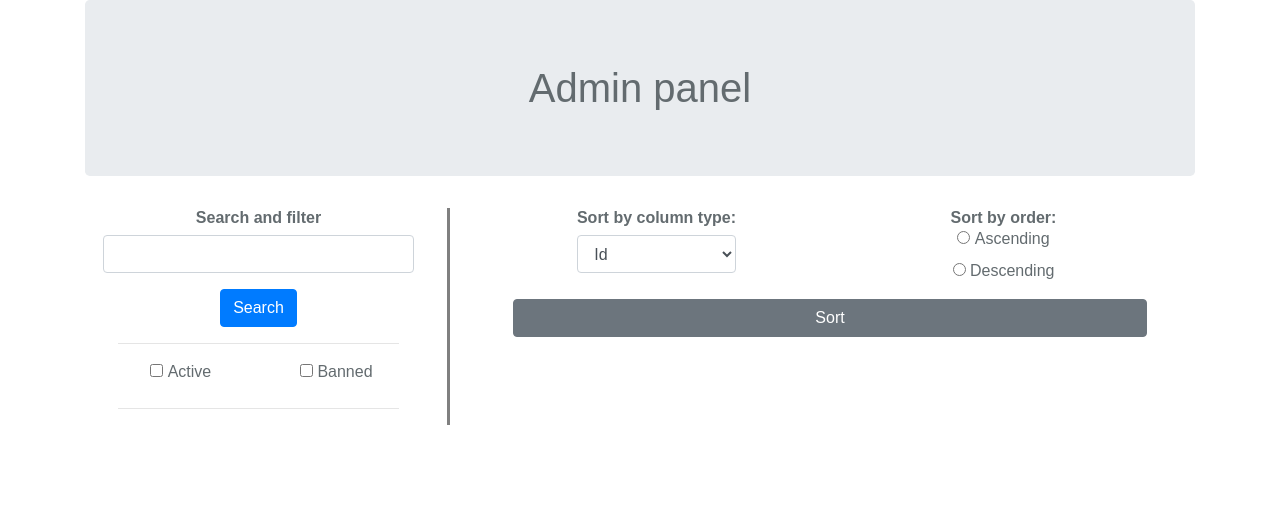
Repository: WOLVGVNG/gameclan
Page: resources/views/admin_panel.blade.php
The author's editor kept a copy of each file at every save. The page is drawn from the files as they stood at one save, then again after a run of saves.
The browser window is 1280 px wide. The pictures show the whole page.
The page is served by the project's Laravel application, run on PHP 8.4 with Laravel 8. The template is opened directly, without the code that normally fills it, so the values that code supplies are empty.

Above is the page before, as saved 2019-03-20 19:18:37.

After the next 3 saves:
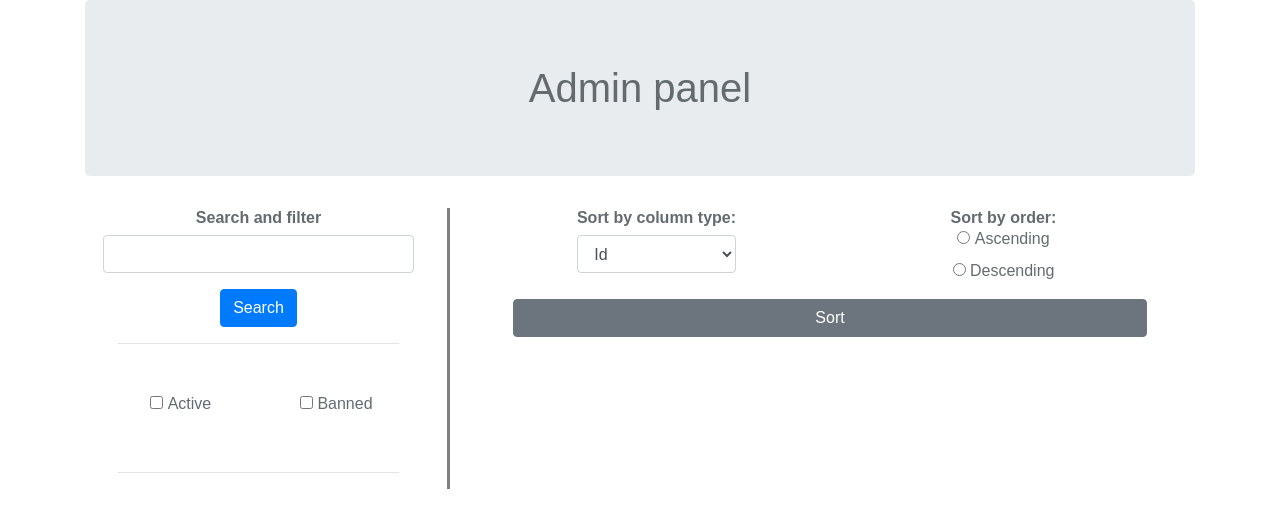
The 3 saves are shown as one change because they came seconds apart.
The last was saved 10 s later.
--- a/resources/views/admin_panel.blade.php
+++ b/resources/views/admin_panel.blade.php
@@ -16,7 +16,7 @@
                 <hr>
 
                 <!-----------------------------FILTROWANIE---------------------------->
-                <div class='row'>
+                <div class='row my-5'>
                     <div class='col'>
                         <input type='checkbox' name='filter_active' id='active' value=true @if(session('filter_active')==true) echo checked @endif>
                         <label for='active'>Active</label>

After the 3 saves that followed:
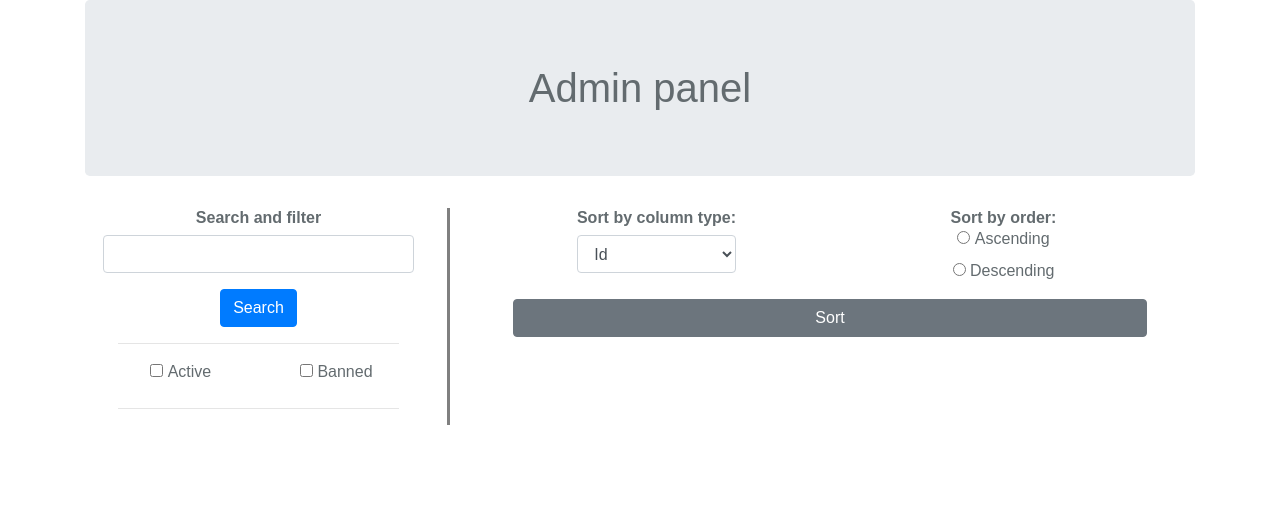
The 3 saves are shown as one change because they came seconds apart.
The last was saved 10 s later.
--- a/resources/views/admin_panel.blade.php
+++ b/resources/views/admin_panel.blade.php
@@ -16,7 +16,7 @@
                 <hr>
 
                 <!-----------------------------FILTROWANIE---------------------------->
-                <div class='row my-5'>
+                <div class='row'>
                     <div class='col'>
                         <input type='checkbox' name='filter_active' id='active' value=true @if(session('filter_active')==true) echo checked @endif>
                         <label for='active'>Active</label>
